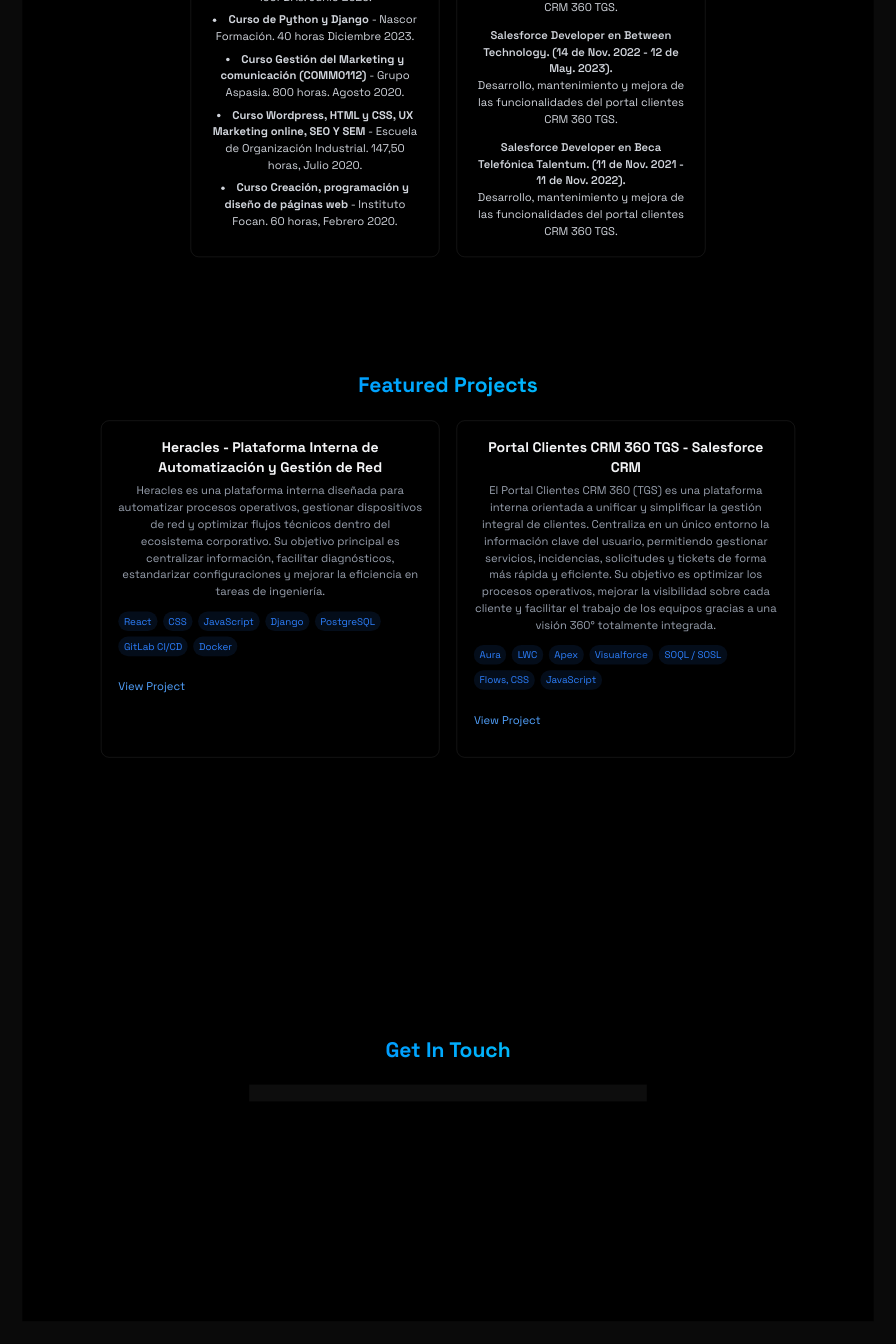
Repository: Bea0224/beatriz-portfolio
Page: /
An editor plug-in stored every save of this project. The page is shown before and after the next save, followed by the edit.
The browser window is 1280 px wide. The pictures show the part of the page from y = 1708 to 3628 px (the page is 3628 px tall), at 70% of full size.
The project was rebuilt for these pictures with package versions that can differ from the ones it lists, and the page was loaded fresh each time. Also part of the build but not shown: vite.config.js.

Above is the page before, as saved 2025-12-08 19:19:12.

### index.html
<!doctype html>
<html lang="en">
  <head>
    <meta charset="UTF-8" />
    <link rel="icon" type="image/svg+xml" href="/vite.svg" />
    <link rel="preconnect" href="https://fonts.googleapis.com">
    <link rel="preconnect" href="https://fonts.gstatic.com" crossorigin>
    <link
      href="https://fonts.googleapis.com/css2?family=Space+Grotesk:wght@300..700&display=swap"
      rel="stylesheet"
    />
    <meta name="viewport" content="width=device-width, initial-scale=1.0" />
    <title>Vite + React</title>
  </head>
  <body>
    <div id="root"></div>
    <script type="module" src="/src/main.jsx"></script>
  </body>
</html>

### src/index.css
@import "tailwindcss";

html,
body {
  margin: 0;
  padding: 0;
  font-family: "Space Grotesk", sans-serif;
  background: #0a0a0a;
  color: #f3f4f6;
}

@layer utilities {
  @keyframes blink {
    0%,
    100% {
      opacity: 1;
    }
    50% {
      opacity: 0;
    }
  }

  .animate-blink {
    animation: blink 0.8s step-end infinite;
  }

  @keyframes loading {
    0% {
      transform: translateX(-100%);
    }
    100% {
      transform: translateX(250%);
    }
  }

  .animate-loading-bar {
    animation: loading 0.8s ease infinite;
  }
}

.reveal {
  opacity: 0;
  transform: translateY(20px);
  transition: opacity 0.7s ease, transform 0.7s ease;
}

.reveal.visible {
  opacity: 1;
  transform: translateY(0);
}

### src/App.jsx
import { useState } from 'react';
import './App.css'
import {LoadingScreen} from "./components/LoadingScreem";
import { Navbar } from './components/Navbar';
import { MobileMenu } from './components/MobileMenu';
import { Home } from './components/sections/Home';
import { About } from './components/sections/About';
import { Projects } from './components/sections/Projects';
import { Contact } from './components/sections/Contact';

import "./index.css"

function App() {
  const [isLoaded, setIsLoaded] = useState(false)
  const [menuOpen, setMenuOpen] = useState(false)

  return (
    <>
      {!isLoaded && <LoadingScreen onComplete={()=>setIsLoaded(true)} />}{" "}
        <div className={`min-h-screen transition-opacity duration-700 ${
          isLoaded ? "opacity-100" : "opacity-0"
        } bg-black text-gray-100`}
        >
          <Navbar menuOpen={menuOpen} setMenuOpen={setMenuOpen} />
          <MobileMenu menuOpen={menuOpen} setMenuOpen={setMenuOpen} />
          <Home />
          <About />
          <Projects />
          <Contact />
        </div>
    </>
  )
}

export default App

### src/components/LoadingScreem.jsx
import { useEffect, useState } from "react";

export const LoadingScreen = ({ onComplete }) => {
  const [text, setText] = useState("");
  const fullText = "<Hello Wolrd! />";

  useEffect(() => {
    let index = 0;
    const interval = setInterval(() => {
      setText(fullText.substring(0, index));
      index++;

      if (index > fullText.length) {
        clearInterval(interval);

        setTimeout(() => {
          onComplete();
        }, 1000);
      }
    }, 100);

    return () => clearInterval(interval);
  }, [onComplete]);

  return (
    <div className="fixed inset-0 z-50 bg-black text-gray-100 flex flex-col items-center justify-center">
      <div className="mb-4 text-4xl font-mono font-bold">
        {text} <span className="animate-blink ml-1"> | </span>
      </div>

      <div className="w-[200px] h-[2px] bg-gray-800 rounded relative overflow-hidden">
        <div className="w-[40%] h-full bg-blue-500 shadow-[0_0_15px_#3b82f6] animate-loading-bar"></div>
      </div>
    </div>
  );
};

### src/components/Navbar.jsx
import { useEffect } from "react"

export const Navbar = ({menuOpen, setMenuOpen}) => {

    useEffect(() => {
        document.body.style.overflow = menuOpen ? "hidden" : "";
    }, [menuOpen])

    return (
    <nav className="fixed top-0 w-full z-40 bg-[rgba(10, 10, 10, 0.8)] backdrop-blur-lg border-b border-white/10 shadow-lg">
        <div className="max-w-5xl mx-auto px-4">
            <div className="flex justify-between items-center h-16">
                <a href="#home" className="font-mono text-xl font-bold text-white">
                    {" "}
                    Beatriz<span className="text-blue-500">.Mujica</span>{" "}
                </a>
                <div className="w-7 h-5 relative cursor-pointer z-40 md:hidden" onClick={()=> setMenuOpen((prev => !prev))}>
                    &#9776;
                </div>
                <div className="hidden md:flex items-center space-x-8">
                    <a
                        href="#home"
                        className="text-gray-300 hove:text-white transition-colors"
                    >
                        {" "}
                        Home{" "}
                    </a>
                    <a
                        href="#about"
                        className="text-gray-300 hove:text-white transition-colors"
                    >
                        {" "}
                        About{" "}
                    </a>
                    <a
                        href="#projects"
                        className="text-gray-300 hove:text-white transition-colors"
                    >
                        {" "}
                        Projects{" "}
                    </a>
                    <a
                        href="#contact"
                        className="text-gray-300 hove:text-white transition-colors"
                    >
                        {" "}
                        Contact{" "}
                    </a>
                </div>
            </div>
        </div>
    </nav>
    )
}

### src/components/MobileMenu.jsx
export const MobileMenu = ({menuOpen, setMenuOpen}) => {


    return (
        <div className={`fixed top-0 left-0 w-full bg-[rgba(10,10,10,0.8)] z-40 flex flex-col items-center justify-center
                         transition-all duration-300 ease-in-out
                         ${menuOpen
                            ? "h-screen opacity-100 pointer-events-auto"
                            : "h-0 opacity-0 pointer-events-none"
                         }
                        `}
        >
            <button
                onClick={() => setMenuOpen(false)}
                className="absolute top-6 right-6 text-white text-3xl focus:outline-none cursor-pointer"
                aria-label="Close Menu"
                >
                &times;
            </button>

            <a
                href="#home"
                onClick={() => setMenuOpen(false)}
                className={`text-2xl font-semibold text-white my-4 tranform transition-transform duration-300
                            ${
                                menuOpen
                                    ? "opacity-100 translate-y-0"
                                    : "opacity-0 translate-y-5"
                            }
                    `}
            >
                Home
            </a>
            <a
                href="#about"
                onClick={() => setMenuOpen(false)}
                className={`text-2xl font-semibold text-white my-4 tranform transition-transform duration-300
                            ${
                                menuOpen
                                    ? "opacity-100 translate-y-0"
                                    : "opacity-0 translate-y-5"
                            }
                    `}
            >
                About
            </a>
            <a
                href="#projects"
                onClick={() => setMenuOpen(false)}
                className={`text-2xl font-semibold text-white my-4 tranform transition-transform duration-300
                            ${
                                menuOpen
                                    ? "opacity-100 translate-y-0"
                                    : "opacity-0 translate-y-5"
                            }
                    `}
            >
                Projects
            </a>
            <a
                href="contact"
                onClick={() => setMenuOpen(false)}
                className={`text-2xl font-semibold text-white my-4 tranform transition-transform duration-300
                            ${
                                menuOpen
                                    ? "opacity-100 translate-y-0"
                                    : "opacity-0 translate-y-5"
                            }
                    `}
            >
                Contact
            </a>
        </div>
    );
}

### src/components/sections/Home.jsx
import { RevealOnScroll } from "./RevealOnScroll"

export const Home = () => {
    return (
        <section
            id="home"
            className="min-h-screen flex items-center justify-center relative">
                <RevealOnScroll>
                    <div className="text-center z-10 px-4">
                        <h1 className="text-5xl md:text-7xl font-bold mb-6 bg-gradient-to-r from-blue-500 to-cyan-400 bg-clip-text text-transparent leading-right">
                            Hola, me llamo Beatriz
                        </h1>
                        <p className="text-gray-400 text-lg mb-8 w-3/4 mx-auto">
                            ¡Hola! Soy desarrolladora web Frontend, y me especializo en crear aplicaciones limpias y escalables con JavaScript, React, HTML y CSS. Mi pasión es que no solo rindan de maravilla, sino que también ofrezcan una experiencia de usuario (UX) realmente cautivadora.
                            Mi formación en Ingeniería de Diseño Industrial me aporta una visión muy particular: me encanta fusionar la estética y la funcionalidad en cada proyecto.
                            He tenido la oportunidad de trabajar en proyectos importantes para Telefónica (incluyendo desarrollos en la plataforma Salesforce), y además, cuento con buenos conocimientos en backend con Python (Django) y familiaridad con herramientas como Docker.
                        </p>
                        <div className="flex justify-center space-x-4">
                            <a href="#projects" className="bg-blue-500 text-white py-3 px-6 rounded font-medium transition relative overflow-hidden hover:-translate-y-0.5 hover:shadow-[0_0_15px_rgba(59, 130, 246, 0.4)]">
                                Ver proyectos
                            </a>
                            <a href="#contact" className="border border-blue-500/50 text-blue-500 py-3 px-6 rounded font-medium transition-all duration-200 hover:shadow-[0_0_15px_rgba(59, 130, 246, 0.2)] hover:bg-blue-500/10">
                                Contáctame
                            </a>
                        </div>
                    </div>
                </RevealOnScroll>
        </section>
    )
}

### src/components/sections/Projects.jsx
import { RevealOnScroll } from "./RevealOnScroll"

export const Projects = () => {
    return(
        <section
            id="projects"
            className="min-h-screen flex items-center justify-center py-20"
        >
            <RevealOnScroll>
                <div className="max-w-5xl mx-auto px-4">
                    <h2 className="text-3xl font-bold mb-8 bg-gradient-to-r from-blue-500 to-cyan-400 bg-clip-text text-transparent text-center">
                        {" "}
                        Featured Projects
                    </h2>
                    <div className="grid grid-cols-1 md:grid-cols-2 gap-6">
                        <div className="p-6 rounded-xl border border-white/10 hover:-translate-y-l hover:border-blue-500/30 hover:shadow-[0_2px_8px_rgba(59,130,246,0.1)] transition-all">
                            <h3 className="text-xl font-bold mb-2"> Heracles - Plataforma Interna de Automatización y Gestión de Red</h3>
                            <p className="text-gray-400 mb-4">
                                Heracles es una plataforma interna diseñada para automatizar procesos operativos,
                                gestionar dispositivos de red y optimizar flujos técnicos dentro del ecosistema corporativo.
                                Su objetivo principal es centralizar información, facilitar diagnósticos, estandarizar configuraciones y
                                mejorar la eficiencia en tareas de ingeniería.

                                {/* <ul className="list-disc list-inside text-gray-300 space-y-2">
                                    En este proyecto trabajé con un ecosistema técnico moderno:
                                    <li>
                                        <strong>Frontend:</strong> React, HTML, CSS, JavaScript
                                    </li>
                                    <li>
                                        <strong>Backend:</strong> Django (Python)
                                    </li>
                                    <li>
                                        <strong>Base de datos:</strong> PostgreSQL
                                    </li>
                                    <li>
                                        <strong>Integración y despliegue:</strong> GitLab CI/CD y Docker
                                    </li>
                                    <li>
                                        <strong>Otros elementos del entorno:</strong> Integraciones internas propias de la compañía y herramientas de automatización.
                                    </li>

                                </ul> */}
                            </p>
                            <div className="flex flex-wrap gap-2 mb-4">
                                {["React", "CSS", "JavaScript", "Django", "PostgreSQL", "GitLab CI/CD", "Docker"].map((tech, key)=>(
                                    <span
                                        key={key}
                                        className="bg-blue-500/10 text-blue-500 py-1 px-2 rounded-full text-sm hover:bg-blue-500/20
                                        hover:shadow-[0_2px_8px_rgba(59,130,2246,0.2)] transition">
                                        {tech}
                                    </span>
                                ))}
                            </div>
                            <div className="flex justify-between items-center">
                                <a href="#" className="text-blue-400 hover:text-blue-300 transition-colors my-4">
                                    View Project {" "}
                                </a>
                            </div>
                        </div>
                        <div className="p-6 rounded-xl border border-white/10 hover:-translate-y-l hover:border-blue-500/30 hover:shadow-[0_2px_8px_rgba(59,130,246,0.1)] transition-all">
                            <h3 className="text-xl font-bold mb-2"> Portal Clientes CRM 360 TGS - Salesforce CRM</h3>
                            <p className="text-gray-400 mb-4">
                                El Portal Clientes CRM 360 (TGS) es una plataforma interna orientada a unificar y simplificar la gestión integral de clientes.
                                Centraliza en un único entorno la información clave del usuario, permitiendo gestionar servicios, incidencias, solicitudes y tickets de forma más rápida y eficiente.
                                Su objetivo es optimizar los procesos operativos, mejorar la visibilidad sobre cada cliente y facilitar el trabajo de los equipos gracias a una visión 360° totalmente integrada.
                            </p>
                            <div className="flex flex-wrap gap-2 mb-4">
                                {["Aura", "LWC", "Apex", "Visualforce", "SOQL / SOSL", "Flows, CSS", "JavaScript"].map((tech, key)=>(
                                    <span
                                        key={key}
                                        className="bg-blue-500/10 text-blue-500 py-1 px-2 rounded-full text-sm hover:bg-blue-500/20
                                        hover:shadow-[0_2px_8px_rgba(59,130,2246,0.2)] transition">
                                        {tech}
                                    </span>
                                ))}
                            </div>
                            <div className="flex justify-between items-center">
                                <a href="#" className="text-blue-400 hover:text-blue-300 transition-colors my-4">
                                    View Project {" "}
                                </a>
                            </div>
                        </div>
                    </div>
                </div>
            </RevealOnScroll>
        </section>
    )
}

### src/components/sections/Contact.jsx
import { RevealOnScroll } from "./RevealOnScroll"

export const Contact = () => {
    return(
        <section
            id="contact"
            className="min-h-screen flex items-center justify-center py-20"
        >
            <RevealOnScroll>
                <div className="px-4 w-150">
                    <h2 className="text-3xl font-bold mb-8 bg-gradient-to-r from-blue-500 to-cyan-400 bg-clip-text text-transparent text-center">
                        {" "}
                        Get In Touch
                    </h2>
                    <form className="space-y-6">
                        <div className="relative">
                            <input type="text" id="name" name="name" required className="w-full bg-white/5"/>
                        </div>
                    </form>
                </div>
            </RevealOnScroll>
        </section>
    )
}

### src/components/sections/RevealOnScroll.jsx
import { useRef, useEffect} from "react";

export const RevealOnScroll = ({children}) => {

    const ref = useRef(null);

    useEffect(() => {
        const observer = new IntersectionObserver(
            ([entry]) => {
                if(entry.isIntersecting) {
                    ref.current.classList.add("visible");
                }
            },
            { threshold: 0.2, rootMargin: "0px 0px -50px 0px" }
        );

        if (ref.current) observer.observe(ref.current);

        return () => observer.disconnect();

    },[]);

    return(
        <div ref={ref} className="reveal">
            {children}
        </div>
    )

}

Loaded but not shown: src/main.jsx (common file); src/App.css (common file); src/components/sections/About.jsx (174 lines, source omitted)

After the next save:
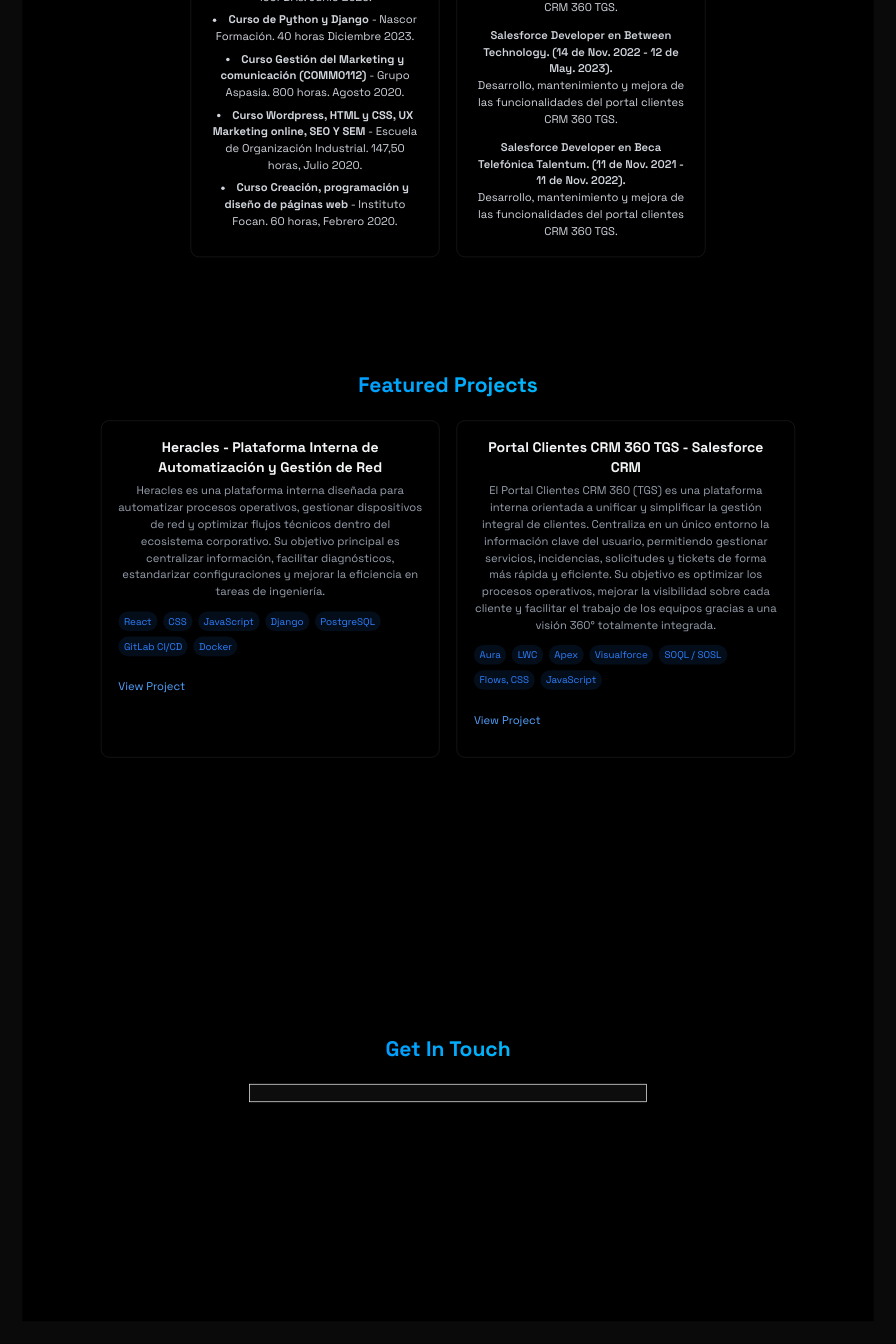
Saved 11 s later.
--- a/src/components/sections/Contact.jsx
+++ b/src/components/sections/Contact.jsx
@@ -14,7 +14,7 @@ export const Contact = () => {
                     </h2>
                     <form className="space-y-6">
                         <div className="relative">
-                            <input type="text" id="name" name="name" required className="w-full bg-white/5"/>
+                            <input type="text" id="name" name="name" required className="w-full bg-white/5 border"/>
                         </div>
                     </form>
                 </div>
